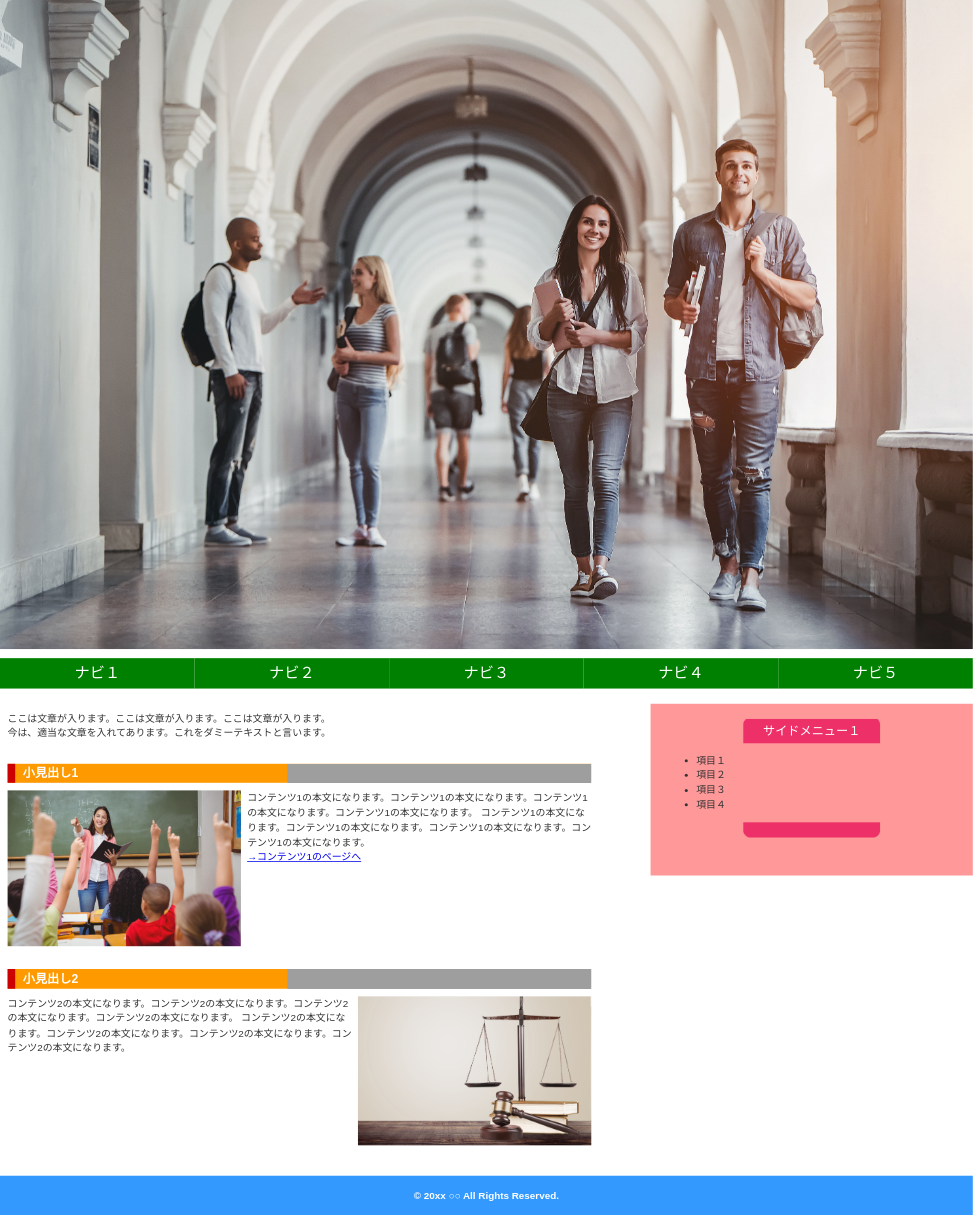
Repository: Takumi-Sashiki/samurai_HTML-CSS
Page: samurai/home.html
The author's editor kept a record of every edit. The page is drawn from the files as they stood at one moment, then again after the next edit.
The browser window is 1280 px wide. The pictures show the whole page, at 76% of full size.
Pictures or frames that could not be fetched are drawn as grey boxes.

Above is the page before.

After the next edit:
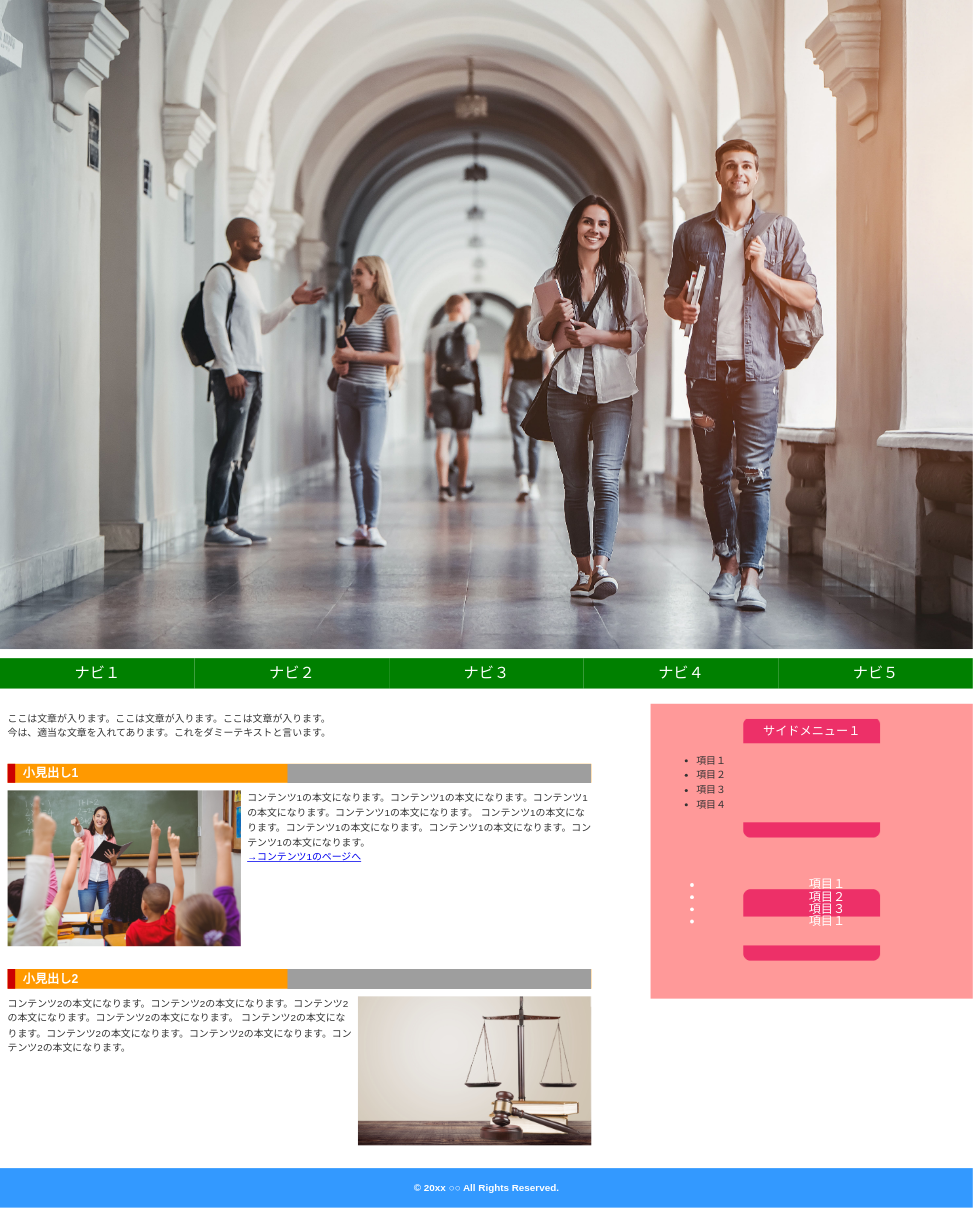
The edit:
--- a/samurai/home.html
+++ b/samurai/home.html
@@ -55,7 +55,19 @@
                         </ul>
                     </div>
                 </div>
-            </id>
+                <div class="box">
+                    <h2>
+                        <div class="boxbody">
+                            <ul>
+                                <li>項目１</li>
+                                <li>項目２</li>
+                                <li>項目３</li>
+                                <li>項目１</li>
+                            </ul>
+                        </div>
+                    </h2>
+                </div>
+            </div>
         </div>
         <div id="footer">
             <p>&copy; 20xx ○○ All Rights Reserved.</p>
